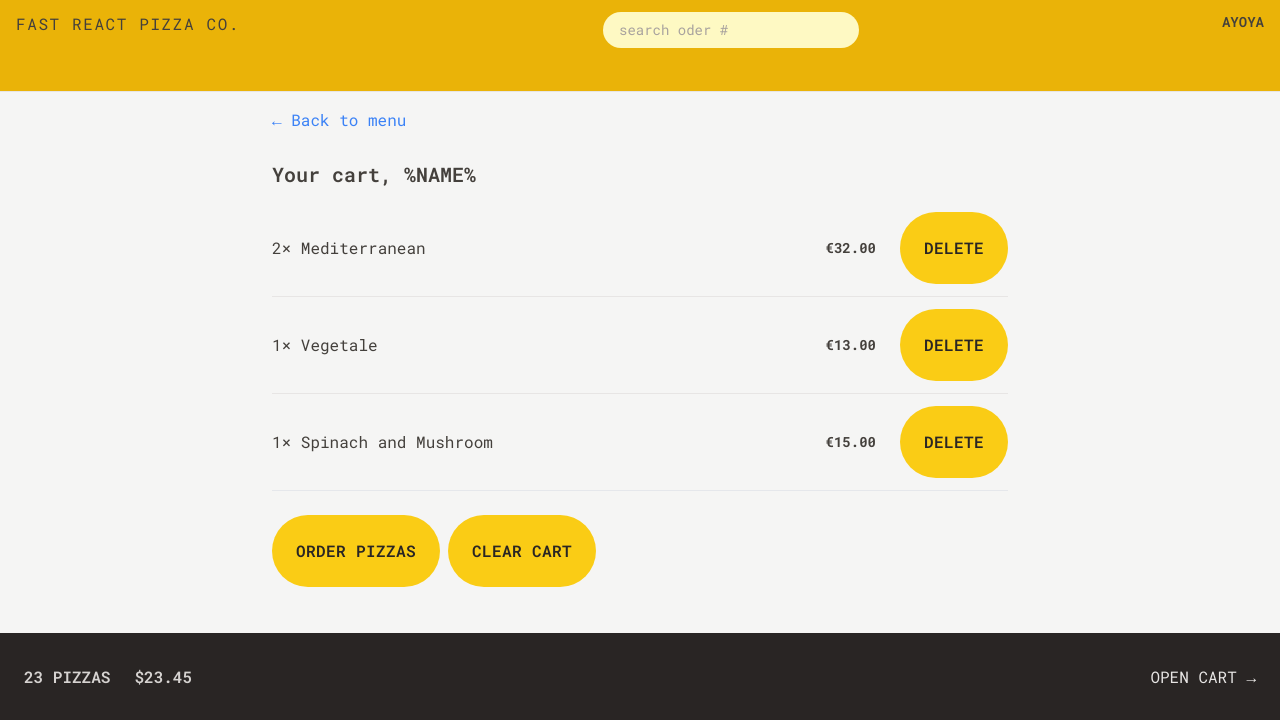
Repository: ayakhaled0001/pizza-delivery
Page: /cart
These files come from the project's save history. The page is drawn as it stood at one moment and after the next save; the edit follows.
The browser window is 1280 px wide. The pictures show the whole page.
The project was rebuilt for these pictures with package versions that can differ from the ones it lists, and the page was loaded fresh each time. Also part of the build but not shown: vite.config.js, src/features/user/CreateUser.jsx, src/ui/Home.jsx, src/services/apiRestaurant.jsx, src/features/menu/MenuItem.jsx, src/features/menu/Menu.jsx, src/features/order/OrderItem.jsx, src/features/order/Order.jsx and 2 more. Imported but missing from the stored project, and not drawn on this page: src/features/order/CreateOrder.

Above is the page before, as saved 2025-05-08 20:43:38.

### index.html
<!DOCTYPE html>
<html lang="en">
  <head>
    <meta charset="UTF-8" />
    <link rel="icon" type="image/svg+xml" href="/vite.svg" />
    <meta name="viewport" content="width=device-width, initial-scale=1.0" />
    <link rel="preconnect" href="https://fonts.googleapis.com" />
    <link rel="preconnect" href="https://fonts.gstatic.com" crossorigin />
    <link
      href="https://fonts.googleapis.com/css2?family=Roboto+Mono:ital,wght@0,100..700;1,100..700&display=swap"
      rel="stylesheet" />
    <title>fast react pizza</title>
  </head>
  <body class="bg-stone-100 text-stone-700">
    <div id="root"></div>
    <script type="module" src="/src/main.jsx"></script>
  </body>
</html>

### src/main.jsx
import { StrictMode } from "react";
import { createRoot } from "react-dom/client";
import App from "./App.jsx";
import "./index.css";
import { Provider } from "react-redux";
import store from "./store.js";

createRoot(document.getElementById("root")).render(
  <StrictMode>
    <Provider store={store}>
      <App />
    </Provider>
  </StrictMode>
);

### src/App.jsx
import { createBrowserRouter, RouterProvider } from "react-router-dom";
import Home from "./ui/Home";
import Menu, { loader as menuLoader } from "./features/menu/Menu";
import Cart from "./features/cart/Cart";
import CreateOrder, {
  action as CreateOrderAction,
} from "./features/order/CreateOrder";
import Order, { loader as orderLoader } from "./features/order/Order";
import AppLayout from "./ui/AppLayout";
import Error from "./ui/Error";
const router = createBrowserRouter([
  {
    element: <AppLayout />,
    children: [
      { path: "/", element: <Home /> },
      {
        path: "/menu",
        element: <Menu />,
        loader: menuLoader,
        errorElement: <Error />,
      },
      { path: "/cart", element: <Cart /> },
      {
        path: "/order/new",
        element: <CreateOrder />,
        action: CreateOrderAction,
      },
      {
        path: "/order/:orderId",
        element: <Order />,
        loader: orderLoader,
        errorElement: <Error />,
      },
    ],
  },
]);
function App() {
  return <RouterProvider router={router} />;
}

export default App;

### src/index.css
@tailwind base;
@tailwind components;
@tailwind utilities;

@layer components {
  .input {
    @apply rounded-full border
    border-stone-200
    px-4 py-2 text-sm transition-all
    duration-300 focus:outline-none
    focus:ring focus:ring-yellow-400
    md:px-5;
  }

  .loader {
    width: 45px;
    aspect-ratio: 0.75;
    --c: no-repeat linear-gradient(theme(colors.stone.700) 0 0);
    background: var(--c) 0% 50%, var(--c) 50% 50%, var(--c) 100% 50%;
    background-size: 20% 50%;
    animation: loading 1s infinite linear;
  }

  @keyframes loading {
    20% {
      background-position: 0% 0%, 50% 50%, 100% 50%;
    }
    40% {
      background-position: 0% 100%, 50% 0%, 100% 50%;
    }
    60% {
      background-position: 0% 50%, 50% 100%, 100% 0%;
    }
    80% {
      background-position: 0% 50%, 50% 50%, 100% 100%;
    }
  }
}

/* body {
  font-family: system-ui, -apple-system, BlinkMacSystemFont, "Segoe UI", Roboto,
    Oxygen, Ubuntu, Cantarell, "Open Sans", "Helvetica Neue", sans-serif;
  background-color: #f7f7f7;
  color: #444;
}

.layout {
  display: grid;
  grid-template-rows: auto 1fr auto;
  gap: 32px;
  height: 100dvh;
} */

/* https://dev.to/afif/i-made-100-css-loaders-for-your-next-project-4eje */

### src/store.js
import { configureStore } from "@reduxjs/toolkit";

import userReducer from "./features/user/userSlice";
const store = configureStore({
  reducer: {
    user: userReducer,
  },
});

export default store;

### src/features/cart/Cart.jsx
import { Link } from "react-router-dom";
import LinkButton from "../../ui/LinkButton";
import Button from "../../ui/Button";
import CartItem from "./CartItem";

const fakeCart = [
  {
    pizzaId: 12,
    name: "Mediterranean",
    quantity: 2,
    unitPrice: 16,
    totalPrice: 32,
  },
  {
    pizzaId: 6,
    name: "Vegetale",
    quantity: 1,
    unitPrice: 13,
    totalPrice: 13,
  },
  {
    pizzaId: 11,
    name: "Spinach and Mushroom",
    quantity: 1,
    unitPrice: 15,
    totalPrice: 15,
  },
];

function Cart() {
  const cart = fakeCart;

  return (
    <div className="px-4 py-4">
      <LinkButton to="/menu">&larr; Back to menu</LinkButton>

      <h2 className="mt-7 text-xl font-semibold">Your cart, %NAME%</h2>
      <ul className="divide-y divide-stone-200 border-b mt-3 ">
        {cart.map((item) => (
          <CartItem key={item.key} item={item} />
        ))}
      </ul>
      <div className="mt-6 space-x-2">
        <Button to="/order/new">Order pizzas</Button>
        {/* <Link>Order pizzas</Link> */}
        <Button>Clear cart</Button>
      </div>
    </div>
  );
}

export default Cart;

### src/ui/AppLayout.jsx
import Header from "./Header";
import CartOverview from "../features/cart/CartOverview";
import { Outlet, useNavigation } from "react-router-dom";
import Loader from "./Loader";

function AppLayout() {
  const navigation = useNavigation();
  const isLoading = navigation.state === "loading";
  console.log(navigation.state);
  return (
    <div className="grid h-screen grid-row-[auto_1fr_auto]">
      {isLoading && <Loader />}

      <Header />
      <div className="">
        <main className="max-w-3xl mx-auto">
          <Outlet />
        </main>
      </div>
      <CartOverview />
    </div>
  );
}

export default AppLayout;

### src/features/user/userSlice.js
// function getPosition() {
//   return new Promise(function (resolve, reject) {
//     navigator.geolocation.getCurrentPosition(resolve, reject);
//   });
// }

import { createSlice } from "@reduxjs/toolkit";

// async function fetchAddress() {
//   // 1) We get the user's geolocation position
//   const positionObj = await getPosition();
//   const position = {
//     latitude: positionObj.coords.latitude,
//     longitude: positionObj.coords.longitude,
//   };

//   // 2) Then we use a reverse geocoding API to get a description of the user's address, so we can display it the order form, so that the user can correct it if wrong
//   const addressObj = await getAddress(position);
//   const address = `${addressObj?.locality}, ${addressObj?.city} ${addressObj?.postcode}, ${addressObj?.countryName}`;

//   // 3) Then we return an object with the data that we are interested in
//   return { position, address };
// }

const initialState = {
  username: "",
};

const userSlice = createSlice({
  name: "user",
  initialState,
  reducers: {
    updateName(state, action) {
      state.username = action.payload;
    },
  },
});

export const { updateName } = userSlice.actions;

export default userSlice.reducer;

### src/ui/LinkButton.jsx
import { Link, useNavigate } from "react-router-dom";

function LinkButton({ children, to }) {
  const navigate = useNavigate();
  if (to === -1)
    return (
      <button
        onClick={() => navigate(-1)}
        className="tex-sm text-blue-500 hover:text-blue-700 hover:underline">
        {children}
      </button>
    );
  return (
    <Link
      to={to}
      className="tex-sm text-blue-500 hover:text-blue-700 hover:underline">
      {children}
    </Link>
  );
}

export default LinkButton;

### src/ui/Button.jsx
import { Link } from "react-router-dom";

function Button({ disabled, children, to }) {
  const className = `bg-yellow-400 uppercase font-semibold
    text-stone-800 py-3 px-4
     inline-block tracking-wide
     rounded-full hover:bg-yellow-300  transition-all duration-300
    focus:outline-none focus:ring focus:ring-yellow-300 focus:ring-offset-2
    disabled:cursor-not-allowed sm:px-6 sm:py-6`;
  if (to)
    return (
      <Link to={to} className={className}>
        {children}
      </Link>
    );
  return (
    <button disabled={disabled} className={className}>
      {children}
    </button>
  );
}

export default Button;

### src/features/cart/CartItem.jsx
import Button from "../../ui/Button";
import { formatCurrency } from "../../utilities/helpers";

function CartItem({ item }) {
  const { pizzaId, name, quantity, totalPrice } = item;

  return (
    <li className="py-3 sm:flex sm:items-center sm:justify-between">
      <p className="mb-1 sm:mb-0">
        {quantity}&times; {name}
      </p>
      <div className="flex justify-between items-center sm:gap-6">
        <p className="text-sm font-bold">{formatCurrency(totalPrice)}</p>
        <Button>Delete</Button>
      </div>
    </li>
  );
}

export default CartItem;

### src/ui/Header.jsx
import { Link } from "react-router-dom";
import SearchOrder from "../features/order/SearchOrder.jsx";
import UserName from "../features/user/UserName.jsx";

function Header() {
  return (
    <header className=" flex justify-between bg-yellow-500 px-4 py-3 uppercase border-b border-stone-200">
      <Link to="/" className="tracking-widest">
        Fast React Pizza Co.
      </Link>
      <SearchOrder />
      <UserName />
    </header>
  );
}

export default Header;

### src/features/cart/CartOverview.jsx
import { Link } from "react-router-dom";

function CartOverview() {
  return (
    <div
      className="bg-stone-800 text-stone-200 uppercase p-4 sm:px-6 px-4 py-4
    md:text-base flex items-center justify-between">
      <p className="text-stone-300 sm:space-x-6 font-semibold space-x-4">
        <span>23 pizzas</span>
        <span>$23.45</span>
      </p>
      <Link to="/cart">Open cart &rarr;</Link>
    </div>
  );
}

export default CartOverview;

### src/features/order/SearchOrder.jsx
import { useState } from "react";
import { useNavigate } from "react-router-dom";

function SearchOrder() {
  const [query, setQuery] = useState("");
  const navigate = useNavigate();
  function handleSubmit(e) {
    e.preventDefault();
    if (!query) return;
    navigate(`/order/${query}`);
    setQuery("");
  }
  return (
    <form onSubmit={handleSubmit}>
      <input
        placeholder="search oder #"
        value={query}
        onChange={(e) => setQuery(e.target.value)}
        className="duration-300 sm:w-64 focus:outline-none focus:ring
         focus:ring-yellow-500 focus:ring-opacity-50  sm:focus:w-72 transition-all w-28
         bg-yellow-100 rounded-full px-4 py-2 text-sm placeholder:text-stone-400"
      />
    </form>
  );
}

export default SearchOrder;

### src/features/user/UserName.jsx
import { useSelector } from "react-redux";

function UserName() {
  const username = useSelector((state) => state.user.username);
  return <div className="hidden md:block text-sm font-semibold">ayoya</div>;
}

export default UserName;

### tailwind.config.js
/** @type {import('tailwindcss').Config} */
export default {
  content: ["./index.html", "./src/**/*.{js,jsx,ts,tsx}"],
  theme: {
    fontFamily: {
      sans: "Roboto Mono , monospace",
    },
    extend: {
      fontSize: {
        huge: ["80rem", { lineHeight: "1" }],
      },
      height: {
        screen: "100dvh",
      },
    },
  },
  plugins: [],
};

Loaded but not shown: src/utilities/helpers.jsx (common file)

After the next save:
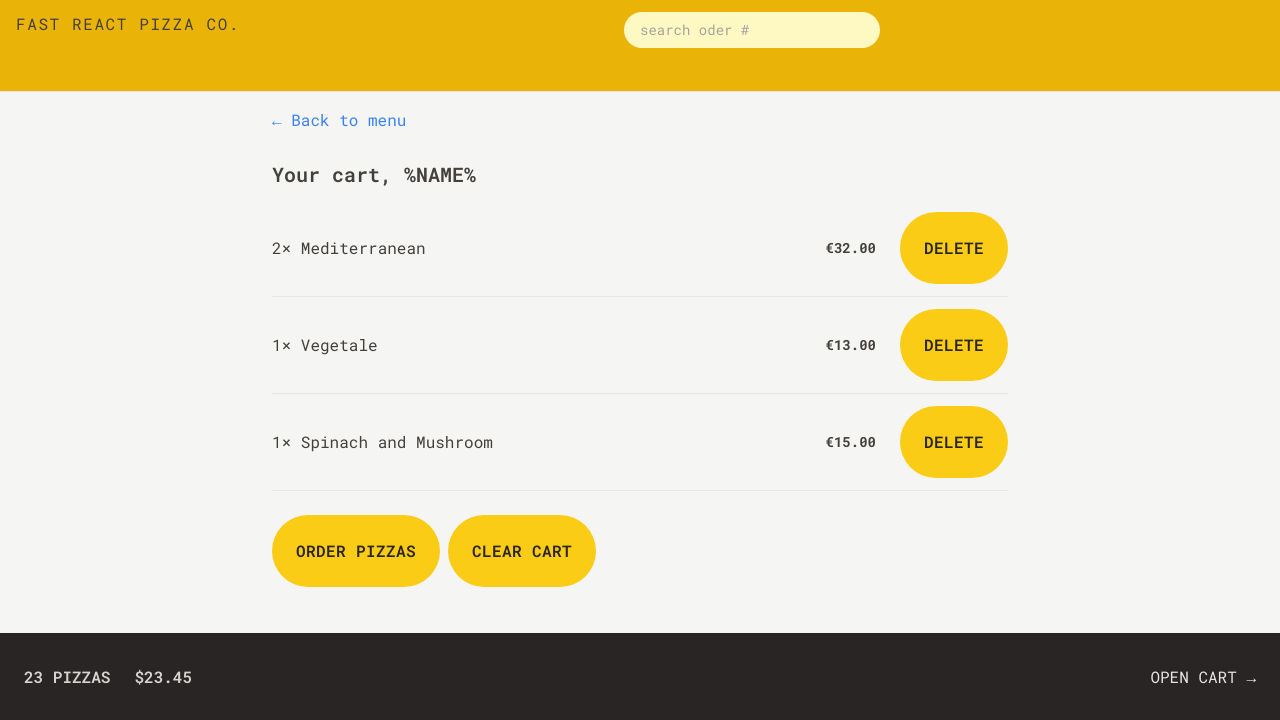
Saved 8 s later.
--- a/src/features/user/UserName.jsx
+++ b/src/features/user/UserName.jsx
@@ -2,7 +2,9 @@ import { useSelector } from "react-redux";
 
 function UserName() {
   const username = useSelector((state) => state.user.username);
-  return <div className="hidden md:block text-sm font-semibold">ayoya</div>;
+  return (
+    <div className="hidden md:block text-sm font-semibold">{username}</div>
+  );
 }
 
 export default UserName;
